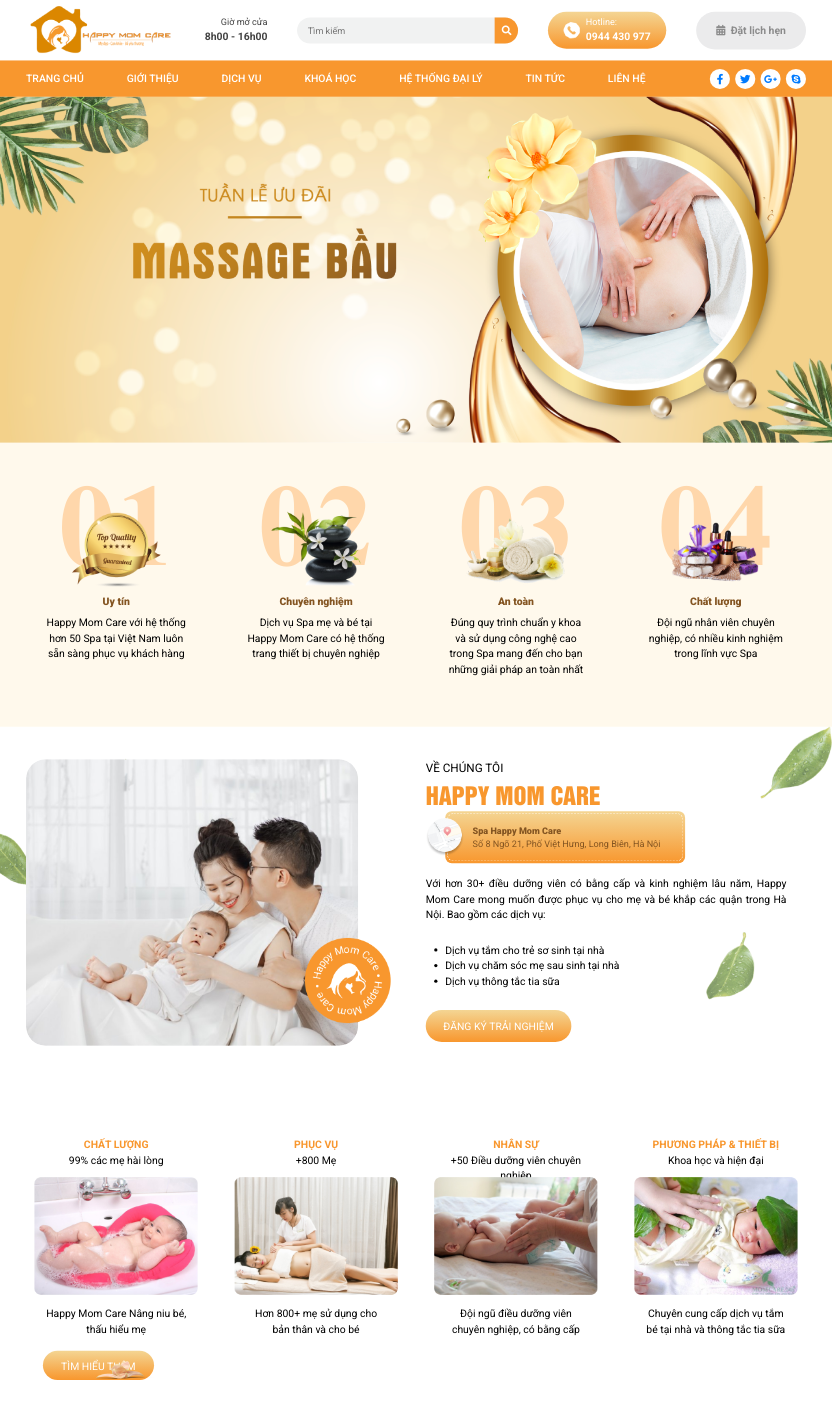
Repository: haianh12082001/happymom
Page: index.html
An editor plug-in stored every save of this project. The page is shown before and after the next save, followed by the edit.
The browser window is 1280 px wide. The pictures show the whole page, at 65% of full size.
Some web libraries are served in a nearby version. The style sheet was rebuilt from its Sass, Less or Tailwind sources for each picture, by a compiler version that may differ from the author's.

Above is the page before, as saved 2021-11-16 08:39:08.

### index.html
<!DOCTYPE html>
<html lang="en">
    <head>
        <meta charset="UTF-8" />
        <meta http-equiv="X-UA-Compatible" content="IE=edge" />
        <meta name="viewport" content="width=device-width, initial-scale=1.0" />
        <title>Document</title>
        <link href="https://fonts.googleapis.com/css2?family=Roboto:wght@300;400;500;700;900&display=swap" rel="stylesheet" />
        <link rel="stylesheet" href="./assets/fonts/fontawesome-free-5.15.3/css/all.min.css" />
        <link
            rel="stylesheet"
            href="https://cdn.jsdelivr.net/npm/bootstrap@4.6.0/dist/css/bootstrap.min.css"
            integrity="sha384-B0vP5xmATw1+K9KRQjQERJvTumQW0nPEzvF6L/Z6nronJ3oUOFUFpCjEUQouq2+l"
            crossorigin="anonymous"
        />
        <link rel="stylesheet" href="./assets/css/app.css" />
    </head>
    <body>
        <div class="topbar">
            <div class="topbar__container container">
                <div class="topbar__logo">
                    <img src="./assets/img/logo.png" alt="" />
                </div>
                <div class="topbar__openTime">
                    <div class="openTime__text">Giờ mở cửa</div>
                    <div class="openTime__time">8h00 - 16h00</div>
                </div>
                <div class="topbar__seach">
                    <input type="text" name="" id="" placeholder="Tìm kiếm" />
                    <button class="button__seach">
                        <i class="fas fa-search r"></i>
                    </button>
                </div>
                <div class="topbar__hotline">
                    <div class="hotline__icon">
                        <img src="./assets/img/icon__phone.png" alt="" />
                    </div>
                    <div class="hotline__text">
                        <p class="hotline__text--top">Hotline:</p>
                        <p class="hotline__text--bottom">0944 430 977</p>
                    </div>
                </div>
                <div class="topbar__book">
                    <div class="book__icon">
                        <i class="fas fa-calendar-alt"></i>
                    </div>
                    <p class="book__text">Đặt lịch hẹn</p>
                </div>
            </div>
        </div>
        <header class="header">
            <div class="header__container container">
                <ul class="header__list">
                    <li class="header__item">
                        <a href="#" class="header__link">Trang chủ</a>
                    </li>
                    <li class="header__item">
                        <a href="#" class="header__link">Giới thiệu</a>
                    </li>
                    <li class="header__item">
                        <a href="#" class="header__link">Dịch vụ</a>
                    </li>
                    <li class="header__item">
                        <a href="#" class="header__link">Khoá học</a>
                    </li>
                    <li class="header__item">
                        <a href="#" class="header__link">Hệ thống đại lý</a>
                    </li>
                    <li class="header__item">
                        <a href="#" class="header__link">Tin tức</a>
                    </li>
                    <li class="header__item">
                        <a href="#" class="header__link">Liên hệ</a>
                    </li>
                </ul>
                <ul class="header__social">
                    <li>
                        <a href="#">
                            <i class="fab fa-facebook-f"></i>
                        </a>
                    </li>
                    <li>
                        <a href="#">
                            <i class="fab fa-twitter"></i>
                        </a>
                    </li>
                    <li>
                        <a href="#">
                            <i class="fab fa-google-plus-g"></i>
                        </a>
                    </li>
                    <li>
                        <a href="#">
                            <i class="fab fa-skype"></i>
                        </a>
                    </li>
                </ul>
            </div>
        </header>
        <section class="banner">
            <div class="banner__content">
                <div class="banner__img">
                    <img src="./assets/img/banner/Rectangle 28.png" alt="" />
                </div>
                <!-- <div class="banner__phone">
                    <div class="icon">
                        <i class="fas fa-phone-alt"></i>
                    </div>
                    <div class="text">0944 430 977</div>
                </div> -->
            </div>
        </section>
        <section class="bannerAdv">
            <div class="bannerAdv__container container">
                <div class="row">
                    <div class="bannerAdv__item col-lg-3">
                        <div class="bannerAdv__item--top">
                            <div class="text">01</div>
                            <img src="./assets/img/bannerAdv/pngwing 6.png" alt="" />
                        </div>
                        <div class="bannerAdv__item--bottom">
                            <div class="name">Uy tín</div>
                            <p class="des">Happy Mom Care với hệ thống hơn 50 Spa tại Việt Nam luôn sẵn sàng phục vụ khách hàng</p>
                        </div>
                    </div>
                    <div class="bannerAdv__item col-lg-3">
                        <div class="bannerAdv__item--top">
                            <div class="text">02</div>
                            <img src="./assets/img/bannerAdv/pngwing 8.png" alt="" />
                        </div>
                        <div class="bannerAdv__item--bottom">
                            <div class="name">Chuyên nghiệm</div>
                            <p class="des">Dịch vụ Spa mẹ và bé tại Happy Mom Care có hệ thống trang thiết bị chuyên nghiệp</p>
                        </div>
                    </div>
                    <div class="bannerAdv__item col-lg-3">
                        <div class="bannerAdv__item--top">
                            <div class="text">03</div>
                            <img src="./assets/img/bannerAdv/pngwing 9.png" alt="" />
                        </div>
                        <div class="bannerAdv__item--bottom">
                            <div class="name">An toàn</div>
                            <p class="des">Đúng quy trình chuẩn y khoa và sử dụng công nghệ cao trong Spa mang đến cho bạn những giải pháp an toàn nhất</p>
                        </div>
                    </div>
                    <div class="bannerAdv__item col-lg-3">
                        <div class="bannerAdv__item--top">
                            <div class="text">04</div>
                            <img src="./assets/img/bannerAdv/pngwing 10.png" alt="" />
                        </div>
                        <div class="bannerAdv__item--bottom">
                            <div class="name">Chất lượng</div>
                            <p class="des">Đội ngũ nhân viên chuyên nghiệp, có nhiều kinh nghiệm trong lĩnh vực Spa</p>
                        </div>
                    </div>
                </div>
            </div>
        </section>
        <section class="introduce">
            <div class="introduce__container container">
                <div class="row">
                    <div class="col-lg-6">
                        <div class="introduce__img">
                            <img src="./assets/img/Rectangle 33.png" alt="" />
                        </div>
                    </div>
                    <div class="col-lg-6">
                        <div class="introduce__heading">Về chúng tôi</div>
                        <div class="introduce__name">Happy mom care</div>
                        <div class="introduce__address">
                            <div class="introduce__address--img">
                                <img src="./assets/img/Ellipse 29.png" alt="" />
                            </div>
                            <div class="introduce__address--text">
                                <p>Spa Happy Mom Care</p>
                                <span>Số 8 Ngõ 21, Phố Việt Hưng, Long Biên, Hà Nội</span>
                            </div>
                        </div>
                        <div class="introduce__text">
                            <p>
                                Với hơn 30+ điều dưỡng viên có bằng cấp và kinh nghiệm lâu năm, Happy Mom Care mong muốn được phục vụ cho mẹ và bé khắp các quận
                                trong Hà Nội. Bao gồm các dịch vụ:
                            </p>
                            <ul class="text__list">
                                <li>Dịch vụ tắm cho trẻ sơ sinh tại nhà</li>
                                <li>Dịch vụ chăm sóc mẹ sau sinh tại nhà</li>
                                <li>Dịch vụ thông tắc tia sữa</li>
                            </ul>
                        </div>
                        <div class="introduce__btn">
                            <a href="">Đăng ký trải nghiệm</a>
                        </div>
                    </div>
                </div>
            </div>
        </section>
        <section class="blog">
            <div class="blog__container container">
                <div class="row">
                    <div class="blog__item col-lg-3">
                        <div class="blog__name">Chất lượng</div>
                        <div class="blog__subname">99% các mẹ hài lòng</div>
                        <div class="blog__img">
                            <img src="./assets/img/blog/Rectangle 35 (3).png" alt="" />
                        </div>
                        <div class="blog__des">Happy Mom Care Nâng niu bé, thấu hiểu mẹ</div>
                        <div class="blog__btn btn">
                            <a href="">Tìm hiểu thêm</a>
                            <img class="blog__btn--img" src="./assets/img/blog/plant 1.png" alt="" />
                        </div>
                    </div>
                    <div class="blog__item col-lg-3">
                        <div class="blog__name">Phục vụ</div>
                        <div class="blog__subname">+800 Mẹ</div>
                        <div class="blog__img">
                            <img src="./assets/img/blog/Rectangle 35 (4).png" alt="" />
                        </div>
                        <div class="blog__des">Hơn 800+ mẹ sử dụng cho bản thân và cho bé</div>
                    </div>
                    <div class="blog__item col-lg-3">
                        <div class="blog__name">Nhân sự</div>
                        <div class="blog__subname">+50 Điều dưỡng viên chuyên nghiệp</div>
                        <div class="blog__img">
                            <img src="./assets/img/blog/Rectangle 35 (5).png" alt="" />
                        </div>
                        <div class="blog__des">Đội ngũ điều dưỡng viên chuyên nghiệp, có bằng cấp</div>
                    </div>
                    <div class="blog__item col-lg-3">
                        <div class="blog__name">PHƯƠNG PHÁP & THIẾT BỊ</div>
                        <div class="blog__subname">Khoa học và hiện đại</div>
                        <div class="blog__img">
                            <img src="./assets/img/blog/Rectangle 35 (6).png" alt="" />
                        </div>
                        <div class="blog__des">Chuyên cung cấp dịch vụ tắm bé tại nhà và thông tắc tia sữa</div>
                    </div>
                </div>
            </div>
        </section>
        <script type="text/javascript" src="https://code.jquery.com/jquery-1.11.0.min.js"></script>
        <script type="text/javascript" src="https://code.jquery.com/jquery-migrate-1.2.1.min.js"></script>
        <script
            src="https://cdnjs.cloudflare.com/ajax/libs/bootstrap/4.6.0/js/bootstrap.min.js"
            integrity="sha512-XKa9Hemdy1Ui3KSGgJdgMyYlUg1gM+QhL6cnlyTe2qzMCYm4nAZ1PsVerQzTTXzonUR+dmswHqgJPuwCq1MaAg=="
            crossorigin="anonymous"
            referrerpolicy="no-referrer"
        ></script>
        <script type="text/javascript" src="https://cdn.jsdelivr.net/npm/slick-carousel@1.8.1/slick/slick.min.js"></script>
        <script src="./assets/js/main.js"></script>
    </body>
</html>

### assets/sass/app.scss
@import "variables";
@import "reset";
@import "global";
@import "topbar";
@import "header";
@import "banner";
@import "bannerAdv";
@import "introduce";
@import "blog";

### assets/sass/_variables.scss
$font-family: "Roboto", sans-serif;
$color-global: #f8972e;
$text-color: #000000;

### assets/sass/_reset.scss
html {
    box-sizing: border-box;
    scroll-behavior: smooth;
}
* {
    margin: 0;
    padding: 0;
}
*,
*:before,
*:after {
    box-sizing: border-box;
}
input,
textarea,
select,
button {
    outline: none;
}
input {
    line-height: normal;
    outline: none;
    box-shadow: none;
}
input:focus {
    outline: 0;
    border: none;
    box-shadow: none;
}
ul,
li {
    margin: 0;
    padding: 0;
    list-style: none;
}
label,
button {
    cursor: pointer;
}
a {
    text-decoration: none;
    &:hover {
        text-decoration: none;
    }
}
img {
    display: block;
    max-width: 100%;
}

### assets/sass/_global.scss
@font-face {
    font-family: "UTM";
    font-display: swap;
    src: url("../fonts/word/UTM\ HelvetIns.ttf") format("truetype");
}
@font-face {
    font-family: "Time";
    font-display: swap;
    src: url("../fonts/word/timesbd.ttf") format("truetype");
}
body {
    font-family: $font-family;
    margin: 0;
    padding: 0;
    width: 100%;
    font-size: 16px;
    color: $text-color;
}
.container {
    max-width: 1230px;
    margin: 0 auto;
    padding: 0 15px;
}

### assets/sass/_topbar.scss
.topbar {
    height: 93px;
    display: flex;
    align-items: center;
    &__container {
        display: flex;
        align-items: center;
        justify-content: space-between;
    }
    &__logo {
        img {
            max-width: 229px;
            max-height: 84px;
            object-fit: cover;
        }
    }
    &__openTime {
        color: #424242;
        text-align: right;
        .openTime__text {
            font-size: 14px;
            font-weight: 400;
        }
        .openTime__time {
            font-weight: 700;
        }
    }
    &__seach {
        position: relative;
        input {
            width: 340px;
            max-width: 340px;
            background: #f1f2f2;
            padding: 12px 16px;
            font-size: 14px;
            color: #7f808c;
            border: none;
            border-radius: 101px;
        }
        .button__seach {
            position: absolute;
            top: 50%;
            right: 0;
            transform: translateY(-50%);
            border: none;
            width: 36px;
            height: 40px;
            border-radius: 0px 101px 101px 0px;
            background: $color-global;
            i {
                font-size: 15px;
                color: #fff;
            }
        }
    }
    &__hotline {
        background: linear-gradient(180deg, #f4d593 0%, #f8972e 100%);
        border-radius: 50px;
        padding: 6px 24px;
        display: flex;
        .hotline__icon {
            display: flex;
            align-items: center;
            margin-right: 9px;
        }
        .hotline__text {
            p {
                margin-bottom: 0;
                color: #fff;
            }
            &--top {
                font-size: 14px;
                font-weight: 400;
            }
            &--bottom {
                font-weight: 700;
            }
        }
    }
    &__book {
        display: flex;
        align-items: center;
        padding: 17px 31px;
        color: #8b8b8b;
        background: #ebebec;
        border-radius: 100px;
        .book__icon {
            margin-right: 8px;
        }
        .book__text {
            margin-bottom: 0;
            font-weight: 700;
        }
    }
}

### assets/sass/_header.scss
.header {
    // height: 59px;
    background: $color-global;
    &__container {
        display: flex;
        justify-content: space-between;
        align-items: center;
    }
    &__list {
        display: flex;
        justify-content: space-between;
        text-transform: uppercase;
        align-items: center;
        // column-gap: 66px;
    }
    &__item {
        margin-left: 66px;
        padding: 16px 0;
        &:first-child {
            margin-left: 0;
        }
    }
    &__link {
        color: #fff;
        font-weight: 500;
    }
    &__social {
        display: flex;
        align-items: center;
        li {
            width: 31px;
            height: 31px;
            background: #fff;
            border-radius: 50%;
            margin-left: 8px;
            i {
                display: flex;
                height: 100%;
                justify-content: center;
                align-items: center;
            }
        }
    }
}

### assets/sass/_banner.scss
.banner {
    position: relative;
    &__img img {
        width: 100%;
        max-height: 598px;
    }
    &__phone {
        color: #845522;
        display: flex;
        .text {
            font-family: "UTM";
        }
    }
}

### assets/sass/_bannerAdv.scss
.bannerAdv {
    background: #fff9ec;
    padding: 25px 0 60px;
    &__container {
    }
    &__item {
        padding: 0px 46px;
        display: flex;
        flex-direction: column;
        align-items: center;
        &--top {
            position: relative;
            display: inline-block;
            max-width: 180px;
            height: 207px;

            .text {
                color: #ffd7ab;
                font-size: 180px;
                font-weight: 700;
                font-family: "Time";
                line-height: 206px;
            }
            img {
                position: absolute;
                bottom: 10px;
                left: 50%;
                transform: translateX(-50%);
            }
        }
        &--bottom {
            text-align: center;
            .name {
                color: #845522;
                margin-bottom: 9px;
                font-weight: 900;
            }
        }
    }
}

### assets/sass/_introduce.scss
.introduce {
    background-image: url("../img/intro.png");
    background-repeat: no-repeat;
    background-size: 100%;
    padding-top: 50px;
    padding-bottom: 60px;
    &__img {
        width: 511px;
        height: 441px;
        position: relative;

        img {
            width: 100%;
            height: 100%;
            object-fit: cover;
            border-radius: 30px;
        }
        &::before {
            content: "";
            position: absolute;
            width: 132px;
            height: 131px;
            background-image: url("../img/Group\ 2.png");
            bottom: 35px;
            right: -50px;
        }
    }
    &__heading {
        text-transform: uppercase;
        font-weight: 400;
        font-size: 18px;
    }
    &__name {
        text-transform: uppercase;
        font-family: "UTM";
        color: $color-global;
        font-size: 36px;
        line-height: 53px;
    }
    &__address {
        padding-left: 30px;
        position: relative;
        margin-bottom: 20px;
        &--img {
            width: 59px;
            height: 59px;
            position: absolute;
            z-index: 2;
            left: 0;
            top: 50%;
            transform: translateY(-50%);
            img {
                width: 100%;
                height: 100%;
                object-fit: cover;
            }
        }
        &--text {
            padding: 20px 10px 20px 42px;
            background: linear-gradient(180deg, #f4d593 0%, #f8972e 100%);
            border-radius: 10px;
            position: relative;
            width: 369px;
            font-size: 14px;
            color: #845522;
            line-height: 20px;
            z-index: 1;

            &::before {
                content: "";
                position: absolute;
                width: calc(100% - 6px);
                height: calc(100% - 6px);
                top: 3px;
                left: 3px;
                right: 3px;
                bottom: 3px;
                border: 1px dashed #ffffff;
                box-sizing: border-box;
                border-radius: 10px;
            }
            p {
                margin: 0;
                font-weight: 900;
            }
            span {
                font-weight: 400;
            }
        }
    }
    &__text {
        text-align: justify;
        padding-right: 30px;
        margin-bottom: 45px;
        p {
            margin-bottom: 30px;
        }
        .text__list {
            margin-top: 10px;
            padding-left: 30px;

            li {
                list-style: disc;
            }
        }
    }
    &__btn {
        display: initial;
        a {
            text-transform: uppercase;
            color: #fff;
            background: linear-gradient(180deg, #f4d593 0%, #f8972e 100%);
            border-radius: 50px;
            padding: 15px 27px;
        }
    }
}

### assets/sass/_blog.scss
.blog {
    padding-top: 40px;
    &__item {
        padding: 40px 28px 55px 28px;
    }
    &__name {
        text-align: center;
        text-transform: uppercase;
        color: $color-global;
        font-weight: 700;
    }
    &__subname {
        text-align: center;
        // margin-bottom: 13px;
        height: 38px;
    }
    &__des {
        text-align: center;
        padding: 17px;
        display: -webkit-box;
        -webkit-line-clamp: 2;
        -webkit-box-orient: vertical;
        overflow: hidden;
        text-overflow: ellipsis;
        word-break: break-word;
        // height: 59px;
    }
    &__btn {
        text-align: center;
        margin-top: 10px;
        position: relative;
        a {
            padding: 15px 28px 11px 28px;
            background: linear-gradient(180deg, #f4d593 0%, #f8972e 100%);
            border-radius: 50px;
            text-transform: uppercase;
            color: #fff;
        }
        &--img {
            position: absolute;
            bottom: 0;
            right: 0;
        }
    }
}

Loaded but not shown: assets/fonts/fontawesome-free-5.15.3/css/all.min.css (library); assets/js/main.js (no copy from this time; the picture is the same without it)

After the next save:
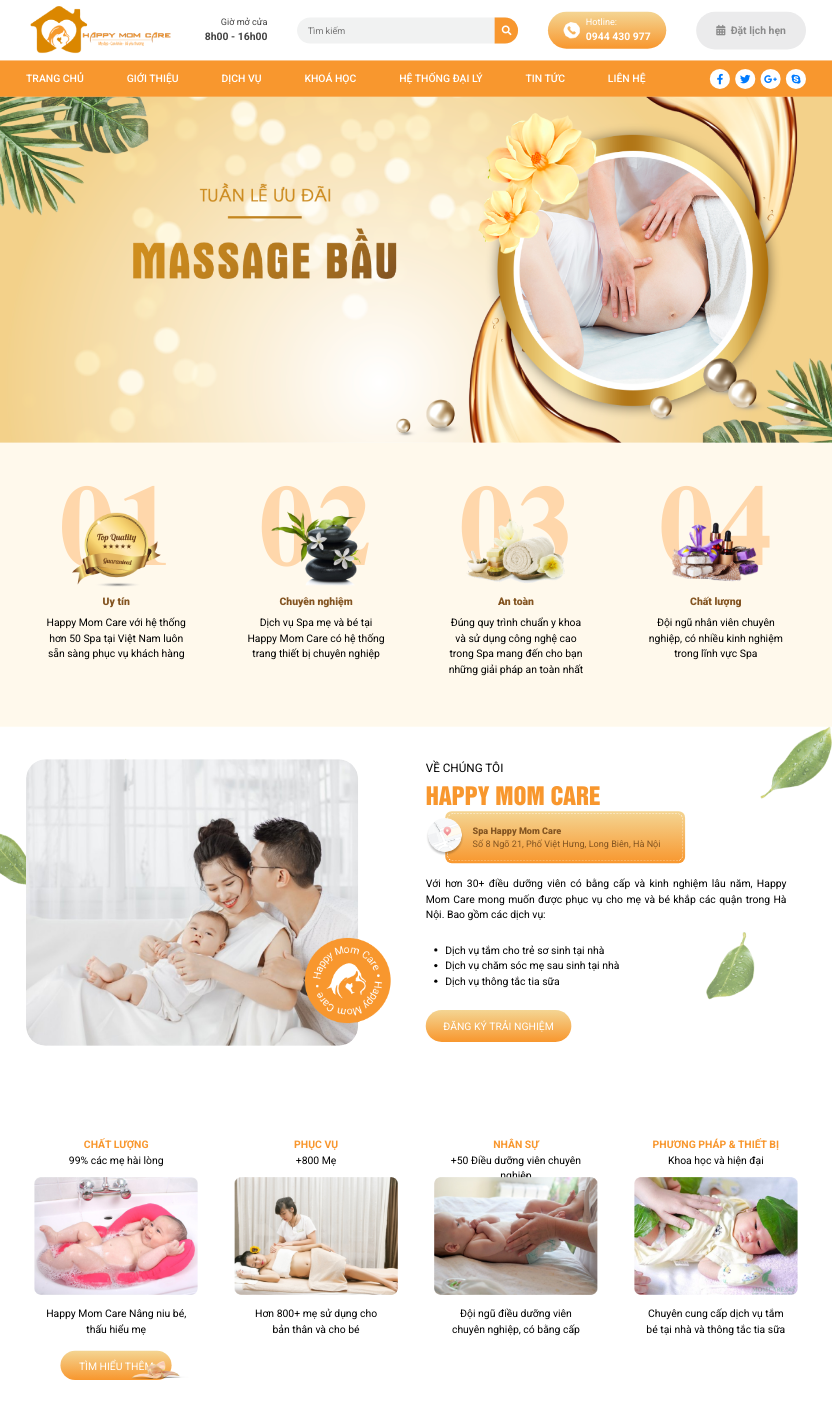
Saved 18 s later.
--- a/assets/sass/_blog.scss
+++ b/assets/sass/_blog.scss
@@ -29,6 +29,7 @@
         text-align: center;
         margin-top: 10px;
         position: relative;
+        display: inherit;
         a {
             padding: 15px 28px 11px 28px;
             background: linear-gradient(180deg, #f4d593 0%, #f8972e 100%);
